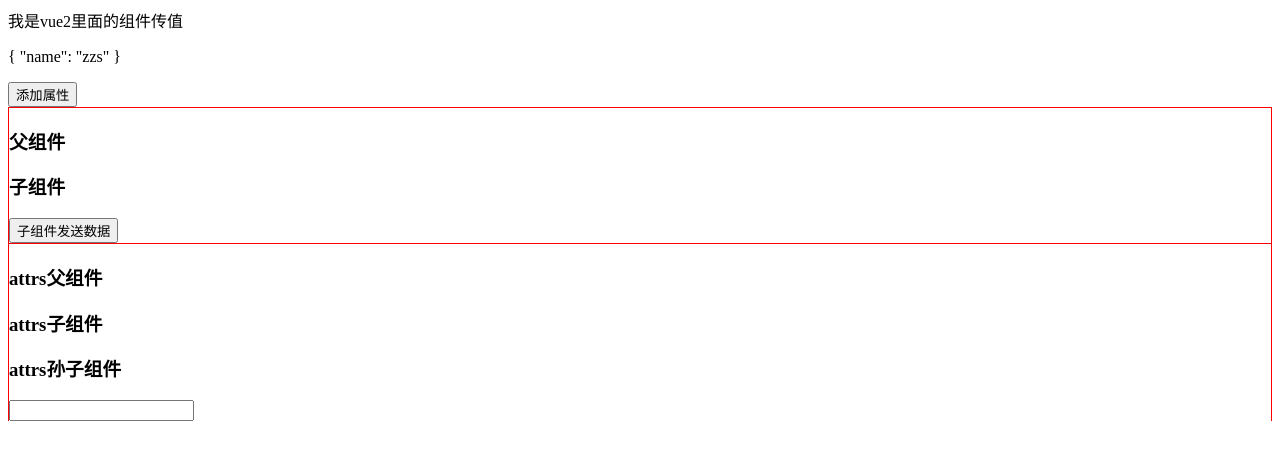
Repository: paranoia-M/vue3-Actions
Page: /vue2
The author's editor kept a copy of each file at every save. The page is drawn from the files as they stood at one save, then again after the next save.
The browser window is 1280 px wide. The pictures show the whole page.
The project was rebuilt for these pictures with package versions that can differ from the ones it lists, and the page was loaded fresh each time. Also part of the build but not shown: vite.config.js, vue.config.js, src/components/demo/Pra.vue, src/components/demo/Pra2.vue, src/components/demo/Pra3.vue, src/components/Component.vue.

Above is the page before, as saved 2022-03-30 10:11:09.

After the next save:
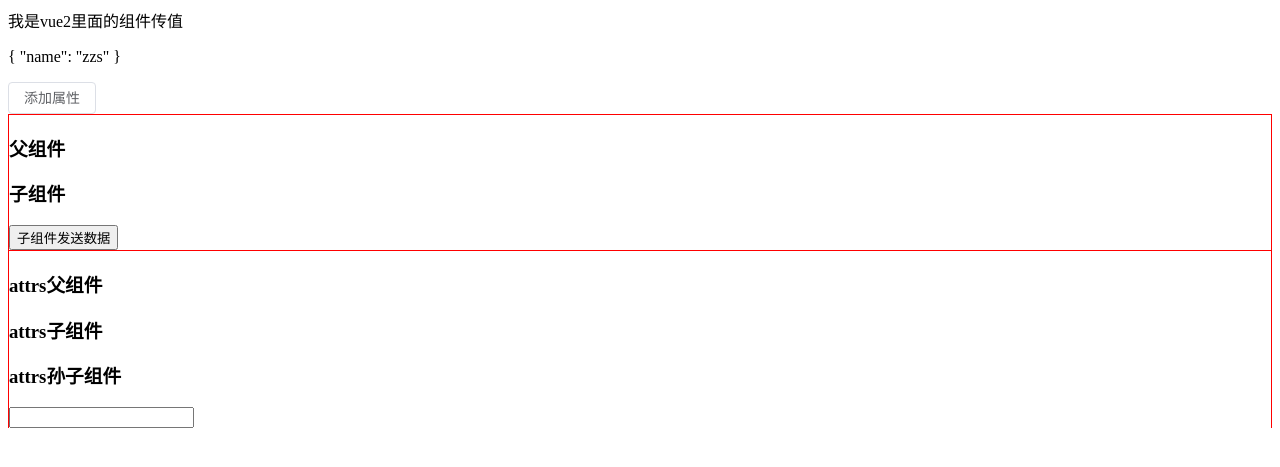
Saved 23 s later.
--- a/src/pages/vueT/componentValue/TransferValue.vue
+++ b/src/pages/vueT/componentValue/TransferValue.vue
@@ -2,7 +2,7 @@
   <div>
     {{ msg }}
     <p>{{ newAttr }}</p>
-    <button @click="addAttr">添加属性</button>
+    <el-button @click="addAttr">添加属性</el-button>
     <div class="box">
       <parent-child></parent-child>
     </div>
